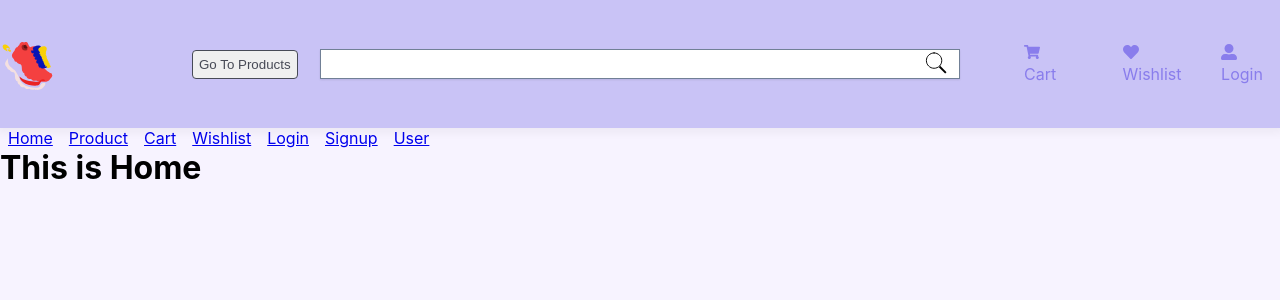
Repository: Irfan-vit/shoecase
Page: /
The author's editor kept a copy of each file at every save. The page is drawn from the files as they stood at one save, then again after the next save.
The browser window is 1280 px wide. The pictures show the whole page.
The page's requests for data from a server got no answer. The project was rebuilt for these pictures with package versions that can differ from the ones it lists, and the page was loaded fresh each time. No one was signed in, and anything a server would have sent is missing. Also part of the build but not shown: src/pages/Product/ProductPage.jsx, src/pages/cart/CartPage.jsx, src/pages/wishlist/WishlistPage.jsx, src/pages/login/LoginPage.jsx, src/pages/signup/SignupPage.jsx, src/pages/user/StyledUser.jsx, src/components/forms/addAddress/AddAddress.jsx, src/components/forms/editAddress/EditAddress.jsx and 4 more.

Above is the page before, as saved 2023-05-22 04:32:07.

### src/index.js
import React, { useState } from 'react'
import { createRoot } from 'react-dom/client'
import { BrowserRouter } from 'react-router-dom'
import { makeServer } from './server'
import App from './App'

import { AuthProvider } from './context/AuthContext'
import { ToastContainer } from 'react-toastify'
import { ThemeProvider } from 'styled-components'
import { defaultTheme } from './utils/theme/theme'
import GlobalStyles from './utils/theme/Global'
import 'react-toastify/dist/ReactToastify.min.css'
import './utils/css/typography.css'
import './utils/css/colors.css'

// Call make Server
makeServer()

createRoot(document.getElementById('root')).render(
  <BrowserRouter>
    <AuthProvider>
      <ThemeProvider theme={defaultTheme}>
        <App />
        <ToastContainer />
        <GlobalStyles />
      </ThemeProvider>
    </AuthProvider>
  </BrowserRouter>,
)

### src/App.jsx
import { useEffect } from 'react'
import { Routes, Route, Link } from 'react-router-dom'
import axios from 'axios'

import Home from './pages/home/HomePage'
import Product from './pages/Product/ProductPage'
import Cart from './pages/cart/CartPage'
import Wishlist from './pages/wishlist/WishlistPage'
import Login from './pages/login/LoginPage'
import Signup from './pages/signup/SignupPage'
import User from './pages/user/User'

import RequiresAuth from './components/RequiresAuth'
import { useAuth } from './context/AuthContext'
import NavBar from './components/navBar/NavBar'

function App() {
  async function getCat() {
    const res = await axios.get('/api/products')
    const dat = res.data.products
    console.log(dat)
  }
  useEffect(() => {
    getCat()
  }, [])
  return (
    <div className="App">
      <NavBar />
      <nav>
        <Link to="/" style={{ padding: '0.5rem' }}>
          Home
        </Link>
        <Link to="/product" style={{ padding: '0.5rem' }}>
          Product
        </Link>
        <Link to="/cart" style={{ padding: '0.5rem' }}>
          Cart
        </Link>
        <Link to="/wishlist" style={{ padding: '0.5rem' }}>
          Wishlist
        </Link>
        <Link to="/login" style={{ padding: '0.5rem' }}>
          Login
        </Link>
        <Link to="/signup" style={{ padding: '0.5rem' }}>
          Signup
        </Link>
        <Link to="/user" style={{ padding: '0.5rem' }}>
          User
        </Link>
      </nav>
      <Routes>
        <Route path="/" element={<Home />} />
        <Route path="/product" element={<Product />} />
        <Route path="/wishlist" element={<Wishlist />} />
        <Route path="/login" element={<Login />} />
        <Route path="/signup" element={<Signup />} />
        {/* <Route path="/user" element={<User />} /> */}
        <Route
          path="/cart"
          element={
            <RequiresAuth>
              <Cart />
            </RequiresAuth>
          }
        />
        <Route
          path="/user"
          element={
            <RequiresAuth>
              <User />
            </RequiresAuth>
          }
        />
      </Routes>
    </div>
  )
}

export default App

### src/context/AuthContext.jsx
import { createContext, useContext, useEffect, useState } from 'react'
import { useNavigate, useLocation } from 'react-router-dom'
import axios from 'axios'
import { login, signup } from '../api/auth/apiAuth'

const AuthContext = createContext()

const AuthProvider = ({ children }) => {
  const localStorageToken = JSON.parse(localStorage.getItem('token'))
  const navigate = useNavigate()
  const location = useLocation()
  const [token, setToken] = useState(localStorageToken?.token)
  const [userDetails, setUserDetails] = useState(localStorageToken?.user)

  async function getUser({ email, password }, e) {
    try {
      e.preventDefault()
      const {
        data: { foundUser, encodedToken },
      } = await login({ email, password })
      localStorage.setItem(
        'token',
        JSON.stringify({ token: encodedToken, user: foundUser }),
      )
      setToken(encodedToken)
      setUserDetails(foundUser)
      console.log(foundUser)
      navigate(location?.state?.from?.pathname ?? '/', { replace: true })
    } catch {
      console.error('invalid Credentials')
    }
  }

  async function setUser({ email, password }, e) {
    try {
      e.preventDefault()
      const {
        data: { createdUser, encodedToken },
      } = await signup({ email, password })
      console.log(createdUser, encodedToken, 'response data')
      localStorage.setItem(
        'token',
        JSON.stringify({ token: encodedToken, user: createdUser }),
      )
      setToken(encodedToken)
      setUserDetails(createdUser)
      console.log(createdUser)
      navigate('/')
    } catch {
      console.error('invalid signup')
    }
  }
  return (
    <AuthContext.Provider
      value={{ getUser, setUser, token, setToken, userDetails, setUserDetails }}
    >
      {children}
    </AuthContext.Provider>
  )
}

const useAuth = () => useContext(AuthContext)

export { AuthProvider, useAuth }

### src/utils/theme/theme.js
import defaultColors from './defaultThemeColors'
// import typography from './typogarphy'
export const defaultTheme = {
  primaryBg: defaultColors.primaryBg,
  offSetBg: defaultColors.offSetBg,
  primaryText: defaultColors.primaryText,
  PrimaryHeading: defaultColors.PrimaryHeading,
  offSetText: defaultColors.offSetText,
  action: defaultColors.action,
  actionOffSet: defaultColors.actionOffSet,
  higilight: defaultColors.higilight,
}
export const darkTheme = {
  primaryBg: defaultColors.primaryBg,
  offSetBg: defaultColors.offSetBg,
  textOnPrimary: defaultColors.textOnPrimary,
  textOnOffSet: defaultColors.textOnOffSet,
  action: defaultColors.action,
  textColor: defaultColors.textColor,
  textMuted: defaultColors.textMuted,
}

### src/utils/theme/Global.js
import { createGlobalStyle } from 'styled-components'

const GlobalStyles = createGlobalStyle`
html {
    box-sizing: border-box;
    font-size: 16px;
    font-family: var(--font-family-body);
  }
*, *::before, *::after {
    box-sizing: inherit;
    Margin:0;
    Padding:0;
    Border:0;
}
body{
  background-color: ${(props) => props.theme.primaryBg};
}
`
export default GlobalStyles

### src/utils/css/typography.css
html {
    box-sizing: border-box;
    font-size: 16px;
    font-family: var(--font-family-body);
  }
*, *::before, *::after {
    box-sizing: inherit;
    Margin:0;
    Padding:0;
    Border:0;
}

:root{
    --font-family-hero: CircularPro, "Gill Sans", "Gill Sans MT", "Helvetica Neue", Helvetica, Arial, sans-serif;
    --font-family-headings: CircularPro, Sans, apple-system, sans-serif;
    --font-family-body: -apple-system, BlinkMacSystemFont, "Segoe UI", Roboto, Helvetica, Arial, sans-serif, "Apple Color Emoji", "Segoe UI Emoji", "Segoe UI Symbol";
    --font-family-serif: Georgia, "Times New Roman", serif;
    --font-family-mono: Menlo, Monaco, "Courier New", monospace;
    --font-xxxs: 0.425rem;
    --font-xxs: 0.625rem;
    --font-xs: 0.7rem;
    --font-sm: 0.875rem;
    --font-md: 1rem;
    --font-lg: 1.25rem;
    --font-xl: 1.5rem;
    --font-xxl: 2.25rem;
    --font-xxxl: 3rem;
    --font-xxxxl: 4rem;
    --font-weight-light: 300;
    --font-weight-normal: 400;
    --font-weight-strong: 500;
    --font-weight-semi-bold: 600;
    --font-weight-bold: 700;
    --primary-color: #6c5ce7;
    --primary-heavy: #5d4aec;
    --primary-light: #897dec;
    --text-on-primary: #ffffff;
    --primary-bg: #eceaff;
    --primary-bg-heavy: #c9c3f6;
    --secondary-color: #ffffff;
    --secondary-heavy: #ffffff;
    --secondary-light: #ffffff;
    --text-on-secondary: #6c5ce7;
    --secondary-bg: #ffffff;
    --secondary-bg-heavy: #ffffff;
    --error-color: #e62e5c;
    --error-heavy: #d31948;
    --error-light: #f086a0;
    --error-bg: #f7bac9;
    --error-bg-heavy: #8d1130;
    --spacing-unit: 6px;
    --margins: 2;
    --margin-size: (var(--margins) * 2);
    --cell-padding: (4 * var(--spacing-unit));
    --grid-gutter: (var(--margins) * var(--spacing-unit));
    --grid-margin: (var(--margin-size) * var(--spacing-unit));
    --cell-margin: (var(--grid-gutter) / 2);
    --border-radius-small: 0.125rem;
    --border-radius-medium: 0.25rem;
    --border-radius-large: 0.5rem;
    --border-radius-x-large: 1rem;
    --border-radius-circle: 50%;
    --border-radius-pill: 9999px;
    --border-size1: 1px;
    --border-size2: 2px;
    --border-size3: 3px;
    --border-size4: 4px;
    --text-color: #718096;
    --text-bright: #000;
    --text-muted: #a9b1ba;
    --bg-color: #fff;
    --background-body: #202b38;
    --background: #161f27;
    --background-alt: #1a242f;
    --box-shadow: 0 -1px 1px 0 rgba(0, 0, 0, 0.09), 0 2px 2px 0 rgba(0, 0, 0, 0.23);
    --box-shadow-x-small: 0 1px 0 #0d131e0d;
    --box-shadow-small: 0 1px 2px #0d131e1a;
    --box-shadow-medium: 0 2px 4px #0d131e1a;
    --box-shadow-large: 0 2px 8px #0d131e1a;
    --box-shadow-x-large: 0 4px 16px #0d131e1a;
    --border-color: #fff;
    --form-placeholder: #a9a9a9;
    --form-text: #fff;
    --color-focus-outline: #4299e14c;
    --tertiary-color: #8367C7;
    --complimentary-color: #F0FFF1;
    --twitter: #1da1f2;
    --slack: #4a154b;
    --github: #24292e;
    --heading-xxs: 1rem;
    --heading-xs: 1.1rem;
    --heading-sm: 1.25rem;
    --heading-md: 1.5rem;
    --heading-lg: 2rem;
    --heading-xl: 3rem;
    --heading-xxl: 4rem;
}

### src/utils/css/colors.css
:root{
    --background-color: #FFFFFF;
    --on-background-color: #2B2B2B;
    --on-background-low-color: #9598A1;
    --on-background-medium-color: #707279;
    --on-background-high-color: #2B2B2B;
    --primary-color: #6C5CE7;
    --on-primary-color: #FFFFFF;
    --border-medium-color: #EDEDED;
    --border-medium-hover-color: #CECECE;
    --border-medium-focus-color: #C6C6C6;
    --border-medium-active-color: #AFAFAF;
    --border-high-color: #BABEC9;
    --border-high-hover-color: #A3A6B0;
    --border-high-focus-color: #9DA1A9;
    --border-high-active-color: #8C8F96;
    --border-primary-color: #6C5CE7;
    --border-primary-hover-color: #8376EB;
    --border-primary-focus-color: #897DEC;
    --border-primary-active-color: #8F83ED;
    --surface-color: #FFFFFF;
    --surface-hover-color: #EDEBFC;
    --surface-active-color: #DCD8F9;
    --surface-focus-color: #E2DEFA;
    --on-surface-color: #2B2B2B;
    --on-surface-medium-color: #707279;
    --on-surface-low-color: #9598A1;
    --surface01-color: #FFFBFF;
    --surface02-color: #F7F2FD;
    --surface-primary-color: #140068;
    --surface-primary-hover-color: #3A2980;
    --surface-primary-active-color: #433386;
    --surface-primary-focus-color: #4C3D8C;
    --on-surface-primary-color: #FFFFFF;
    --surface-neutral-color: #FFFFFF;
    --surface-neutral-hover-color: #F4F5F6;
    --surface-neutral-focus-color: #F1F2F4;
    --surface-neutral-active-color: #EEEFF2;
    --on-surface-neutral-high-color: #2B2B2B;
    --on-surface-neutral-medium-color: #707279;
    --on-surface-neutral-low-color: #9598A1;
    --positive-color: #37B26C;
    --negative-color: #E62E5C;
    --warning-color: #FFC640;
    --process-color: #0984E3;
    --primary-surface-color: #F6F5FE;
    --positive-surface-color: #F3FAF6;
    --negative-surface-color: #FDF2F5;
    --warning-surface-color: #FFFCF4;
    --process-surface-color: #F0F8FD;
}

### src/backend/controllers/CategoryController.js
import { Response } from "miragejs";

/**
 * All the routes related to Category are present here.
 * These are Publicly accessible routes.
 * */

/**
 * This handler handles gets all categories in the db.
 * send GET Request at /api/categories
 * */

export const getAllCategoriesHandler = function () {
  try {
    return new Response(200, {}, { categories: this.db.categories });
  } catch (error) {
    return new Response(
      500,
      {},
      {
        error,
      }
    );
  }
};

/**
 * This handler handles gets all categories in the db.
 * send GET Request at /api/user/category/:categoryId
 * */

export const getCategoryHandler = function (schema, request) {
  const categoryId = request.params.categoryId;
  try {
    const category = schema.categories.findBy({ _id: categoryId });
    return new Response(200, {}, { category });
  } catch (error) {
    return new Response(
      500,
      {},
      {
        error,
      }
    );
  }
};

### src/backend/controllers/ProductController.js
import { Response } from "miragejs";

/**
 * All the routes related to Product are present here.
 * These are Publicly accessible routes.
 * */

/**
 * This handler handles gets all products in the db.
 * send GET Request at /api/products
 * */

export const getAllProductsHandler = function () {
  return new Response(200, {}, { products: this.db.products });
};

/**
 * This handler handles gets all products in the db.
 * send GET Request at /api/user/products/:productId
 * */

export const getProductHandler = function (schema, request) {
  const productId = request.params.productId;
  try {
    const product = schema.products.findBy({ _id: productId });
    return new Response(200, {}, { product });
  } catch (error) {
    return new Response(
      500,
      {},
      {
        error,
      }
    );
  }
};

### src/backend/db/categories.js
import { v4 as uuid } from 'uuid'
import { casual, fitness, track, sports } from '../../assets/assetsServer'
/**
 * Category Database can be added here.
 * You can add category of your wish with different attributes
 * */

export const categories = [
  {
    _id: uuid(),
    categoryName: 'casual',
    imgSrc: casual,
  },
  {
    _id: uuid(),
    categoryName: 'sports',
    imgSrc: sports,
  },
  {
    _id: uuid(),
    categoryName: 'fitness',
    imgSrc: fitness,
  },
  {
    _id: uuid(),
    categoryName: 'track',
    imgSrc: track,
  },
]

### src/backend/db/products.js
import { v4 as uuid } from 'uuid'
import {
  casualT1,
  casualT2,
  fitnessT1,
  fitnessT2,
  trackT1,
  trackT2,
  sportsT1,
  sportsT2,
} from '../../assets/assetsServer'
/**
 * Product Database can be added here.
 * You can add products of your wish with different attributes
 * */

export const products = [
  {
    _id: uuid(),
    isFeatured: false,
    title: 'Vans Old Skool',
    price: '5499',
    categoryName: 'casual',
    inWishlist: true,
    inCart: true,
    imgSrc: casualT1,
    rating: 4.5,
  },
  {
    _id: uuid(),
    isFeatured: true,
    title: 'Adidas Gazelle',
    price: '7799',
    categoryName: 'casual',
    inWishlist: false,
    inCart: false,
    imgSrc: casualT2,
    rating: 3.0,
  },
  {
    _id: uuid(),
    isFeatured: false,
    title: 'Mizuno sneakers',
    price: '13912',
    categoryName: 'fitness',
    inWishlist: false,
    inCart: false,
    imgSrc: fitnessT1,
    rating: 3.5,
  },
  {
    _id: uuid(),
    isFeatured: true,
    title: 'Reebok Hexaffect',
    price: '7999',
    categoryName: 'fitness',
    inWishlist: false,
    inCart: false,
    imgSrc: fitnessT2,
    rating: 3.0,
  },
  {
    _id: uuid(),
    isFeatured: true,
    title: 'Brroks Hyperion Max',
    price: '5999',
    categoryName: 'track',
    inWishlist: false,
    inCart: false,
    imgSrc: trackT1,
    rating: 3.5,
  },
  {
    _id: uuid(),
    isFeatured: false,
    title: 'Air Zoom Pegasus',
    price: '8996',
    categoryName: 'track',
    inWishlist: false,
    inCart: false,
    imgSrc: trackT2,
    rating: 4.5,
  },
  {
    _id: uuid(),
    isFeatured: true,
    title: 'New Balance Revlitye',
    price: '5890',
    categoryName: 'sports',
    inWishlist: false,
    inCart: false,
    imgSrc: sportsT1,
    rating: 4,
  },
  {
    _id: uuid(),
    isFeatured: false,
    title: 'Hummel Liga GK',
    price: '7199',
    categoryName: 'sports',
    inWishlist: false,
    inCart: false,
    imgSrc: sportsT2,
    rating: 3.5,
  },
]

### src/backend/db/users.js
import { v4 as uuid } from 'uuid'
import { formatDate } from '../utils/authUtils'
/**
 * User Database can be added here.
 * You can add default users of your wish with different attributes
 * Every user will have cart (Quantity of all Products in Cart is set to 1 by default), wishList by default
 * */

export const users = [
  {
    _id: uuid(),
    firstName: 'Adarsh',
    lastName: 'Balika',
    email: 'adarshbalika@gmail.com',
    password: 'adarshbalika',
    address: [],
    createdAt: formatDate(),
    updatedAt: formatDate(),
  },
  {
    _id: uuid(),
    firstName: 'Adarsh',
    lastName: 'Balika',
    email: 'balika@gmail.com',
    password: 'balika',
    address: [],
    createdAt: formatDate(),
    updatedAt: formatDate(),
  },
]

### src/pages/home/HomePage.jsx
const Home = () => {
  return (
    <>
      <h1>This is Home</h1>
    </>
  )
}

export default Home

### src/components/navBar/NavBar.jsx
import { useNavigate } from 'react-router-dom'
import { redirect } from 'react-router-dom'
import { Link } from 'react-router-dom'
import { StyledNavWrapper, StyledNav, StyledNavList } from '../../styles/index'
import { FaShoppingCart, FaHeart, FaUserAlt } from 'react-icons/fa'
import HeroLogo from '../animations/HeroAnimations/HeroLogo'

import SearchInput from '../inputs/SeacrhInput'
import Select from '../select/Select'
// import { useFilterProducts } from '../../context/filterProductsContext'

const NavBar = () => {
  // const { filterDispatch, filterState } = useFilterProducts()
  const navigate = useNavigate()
  return (
    <StyledNavWrapper>
      <StyledNav>
        <div>
          <div>
            <Link to="/">
              <HeroLogo />
            </Link>
          </div>
          <div>
            <Select />
          </div>
        </div>
        <div>
          <SearchInput />
        </div>
        <div>
          <StyledNavList>
            <ul>
              <li>
                <Link to="/cart">
                  <FaShoppingCart />
                  <p>Cart</p>
                </Link>
              </li>
              <li>
                <Link to="/wishlist">
                  <FaHeart />
                  <p>Wishlist</p>
                </Link>
              </li>
              <li>
                <Link to="">
                  <FaUserAlt />
                  <p>Login</p>
                </Link>
              </li>
            </ul>
          </StyledNavList>
        </div>
      </StyledNav>
    </StyledNavWrapper>
  )
}

export default NavBar

### src/api/auth/apiAuth.js
import axios from 'axios'

export const login = async ({ email, password }) =>
  await axios.post(`/api/auth/login`, {
    email,
    password,
  })

export const signup = async ({ email, password }) =>
  await axios.post(`/api/auth/signup`, {
    email,
    password,
  })

### src/utils/theme/defaultThemeColors.js
const defaultColors = {
  primaryBg: '#f7f3ff',
  PrimaryHeading: '#a9b1ba',
  primaryText: '#718096',
  offSetBg: '#c9c3f6',
  offSetText: '#474a56',
  action: '#885df1',
  actionOffSet: '#ffffff',

  higilight: '#897dec',
  // higilight: '#5D48B8',
}

export default defaultColors

### src/assets/assetsServer.js
import casual from './images/casual.jpg'
import casualT1 from './images/casualT1.jpg'
import casualT2 from './images/casualT2.jpg'
import fitness from './images/fitness.jpg'
import fitnessT1 from './images/fitnessT1.jpg'
import fitnessT2 from './images/fitnessT2.jpg'
import track from './images/track.jpg'
import trackT1 from './images/trackT1.jpg'
import trackT2 from './images/trackT2.jpg'
import sports from './images/sports.jpg'
import sportsT1 from './images/sportsT1.jpg'
import sportsT2 from './images/sportsT2.jpg'
import men from './images/men.jpg'
import mensT1 from './images/mensT1.jpg'
import mensT2 from './images/mensT2.jpg'
import women from './images/women.jpg'
import womensT1 from './images/womensT1.jpg'
import womensT2 from './images/womensT2.jpg'

export {
  casual,
  casualT1,
  casualT2,
  fitness,
  fitnessT1,
  fitnessT2,
  track,
  trackT1,
  trackT2,
  sports,
  sportsT1,
  sportsT2,
  men,
  mensT1,
  mensT2,
  women,
  womensT1,
  womensT2,
}

### src/styles/index.js
export * from './NavBarStyles'
export * from './SelectStyles'
export * from './SearchInputStyles'

### src/components/animations/HeroAnimations/HeroLogo.jsx
import { useLottie, useLottieInteractivity } from 'lottie-react'
import logoRun from '../../../assets/json/logo.json'
const style = {
  height: '4rem',
  width: '4rem',
  display: 'inline-block',
  cursor: 'pointer',
}

const options = {
  animationData: logoRun,
}

const HeroLogo = () => {
  const lottieObj = useLottie(options, style)
  const Animation = useLottieInteractivity({
    lottieObj,
    mode: 'cursor',
    actions: [
      {
        position: { x: [0, 1], y: [0, 1] },
        type: 'seek',
        frames: [49, 72],
      },
      {
        position: { x: -1, y: -1 },
        type: 'stop',
        frames: [72],
      },
    ],
  })

  return Animation
}

export default HeroLogo

### src/components/inputs/SeacrhInput.jsx
import Search from '../animations/Floats/Search'

import { StyledSearchInput } from '../../styles/index'
// import { useFilterProducts } from '../../context/filterProductsContext'
const SearchInput = () => {
  // const { search, setSearch } = useFilterProducts()
  return (
    <form action="">
      <StyledSearchInput>
        <input
          type="text"
          // value={search}
          // onChange={(e) => setSearch(e.target.value)}
        />
        <Search />
      </StyledSearchInput>
    </form>
  )
}
export default SearchInput

### src/components/select/Select.jsx
import { useNavigate } from 'react-router-dom'
// import { useFilterProducts } from '../../context/filterProductsContext'
import { StyledSelect } from '../../styles/index'
import { Link } from 'react-router-dom'

const Select = () => {
  // const { filterDispatch, filterState } = useFilterProducts()
  const navigate = useNavigate()
  return (
    <form action="">
      <label
        htmlFor="categories"
        onSubmit={(e) => {
          e.preventDefault()
        }}
      >
        <StyledSelect name="categories" id="categories">
          <option value="select">
            <Link
              onClick={() => {
                // filterDispatch({ type: 'reset' })
                navigate('/product')
              }}
            >
              Go To Products
            </Link>
          </option>
          <option value="casual">
            <Link
              onClick={() => {
                // filterDispatch({ type: 'casual' })
                navigate('/product')
              }}
            >
              Casual
            </Link>
          </option>
          <option value="fitness">
            <Link
              onClick={() => {
                navigate('/product')
                // filterDispatch({ type: 'fitness' })
              }}
            >
              Fitness
            </Link>
          </option>
          <option value="track">
            <Link
              onClick={() => {
                navigate('/product')
                // filterDispatch({ type: 'track' })
              }}
            >
              Track
            </Link>
          </option>
          <option value="sports">
            <Link
              onClick={() => {
                navigate('/product')
                // filterDispatch({ type: 'sports' })
              }}
            >
              Sports
            </Link>
          </option>
        </StyledSelect>
      </label>
    </form>
  )
}
export default Select

### src/styles/NavBarStyles.jsx
import styled from 'styled-components'

const StyledNavWrapper = styled.aside`
  margin-bottom: 8rem;
`

const StyledNav = styled.nav`
  box-shadow: var(--box-shadow);
  box-shadow: 0px 0px 10px 4px rgb(0 0 0 / 5%);
  z-index: 1;
  position: fixed;
  top: 0;
  width: 100%;
  height: 8rem;
  background-color: ${(props) => props.theme.offSetBg};
  margin: 0 auto;
  @media (min-width: 900px) {
    display: flex;
    justify-content: space-between;
    /* align-content: center; */
    align-items: center;
    > :nth-child(1) {
      display: flex;
      align-items: center;
      flex-basis: 20%;
      gap: 50%;
    }
    > :nth-child(2) {
      flex-basis: 50%;
    }
    > :nth-child(3) {
      flex-basis: 20%;
    }
  }
`

const StyledNavList = styled.div`
  > ul {
    display: flex;
    flex-flow: row wrap;
    list-style-type: none;
    justify-content: space-between;
    align-items: center;
    align-content: center;
  }
  > ul > li {
    flex-basis: 23%;
  }
  > ul > li > a {
    text-decoration: none;
    margin: 0;
    padding: 0;
    transition: 0.3s;
    text-decoration: underline;
    text-decoration-color: transparent;
    -webkit-text-decoration-color: transparent;
    -moz-text-decoration-color: transparent;
    text-decoration: none;
    color: ${(props) => props.theme.higilight};
    :hover,
    :active,
    :focus {
      color: ${(props) => props.theme.offSetText};
      text-decoration-line: underline;
      text-decoration-style: line;
      text-decoration-color: ${(props) => props.theme.offSetText};
      text-underline-offset: 3px;
    }
  }
`
export { StyledNavWrapper, StyledNav, StyledNavList }

### src/styles/SelectStyles.jsx
import styled from 'styled-components'
const StyledSelect = styled.select`
  outline: none;
  border: none;
  outline: none;
  cursor: pointer;
  border-radius: var(--border-size4);
  padding: var(--spacing-unit);
  color: ${(props) => props.theme.offSetText};
  border: 1px solid ${(props) => props.theme.offSetText};
  appearance: none;
  :focus {
    border: 1px solid ${(props) => props.theme.action};
    outline: none;
  }
`
export { StyledSelect }

### src/styles/SearchInputStyles.jsx
import styled from 'styled-components'

const StyledSearchInput = styled.div`
  position: relative;
  width: 100%;
  > input {
    outline: none;
    cursor: pointer;
    padding: var(--font-xxxs) var(--font-xxs);
    color: ${(props) => props.theme.primaryText};
    border: 1px solid ${(props) => props.theme.primaryHeading};
    box-shadow: var(--box-shadow-small);
    width: 100%;
    :focus {
      border: 1px solid ${(props) => props.theme.action};
      outline: none;
    }
  }
  > a {
    position: absolute;
    right: 0;
    bottom: 0%;
    transform: translate(-50%, 0%);
    color: ${(props) => props.theme.textMuted};
    cursor: pointer;
    :hover {
      color: ${(props) => props.theme.primaryColor};
    }
  }
`
export {StyledSearchInput}

### src/components/animations/Floats/Search.jsx
import { useLottie, useLottieInteractivity } from 'lottie-react'
import search from '../../../assets/json/search.json'
const style = {
  height: '1.5rem',
  display: 'inline-block',
  cursor: 'pointer',
}

const options = {
  animationData: search,
}

const Search = () => {
  const lottieObj = useLottie(options, style)
  const Animation = useLottieInteractivity({
    lottieObj,
    mode: 'cursor',
    actions: [
      {
        position: { x: [0, 1], y: [0, 1] },
        type: 'loop',
        frames: [0, 20],
      },
      {
        position: { x: -1, y: -1 },
        type: 'stop',
        frames: [0],
      },
    ],
  })

  return <a href="#">{Animation}</a>
}

export default Search

Loaded but not shown: public/index.html (common file); src/backend/utils/authUtils.js (common file); src/assets/json/logo.json (1 lines, source omitted); src/assets/json/search.json (1 lines, source omitted); src/backend/controllers/CartController.js (148 lines, source omitted); src/server.js (87 lines, source omitted); src/backend/controllers/WishlistController.js (100 lines, source omitted); src/backend/controllers/AuthController.js (101 lines, source omitted)

After the next save:
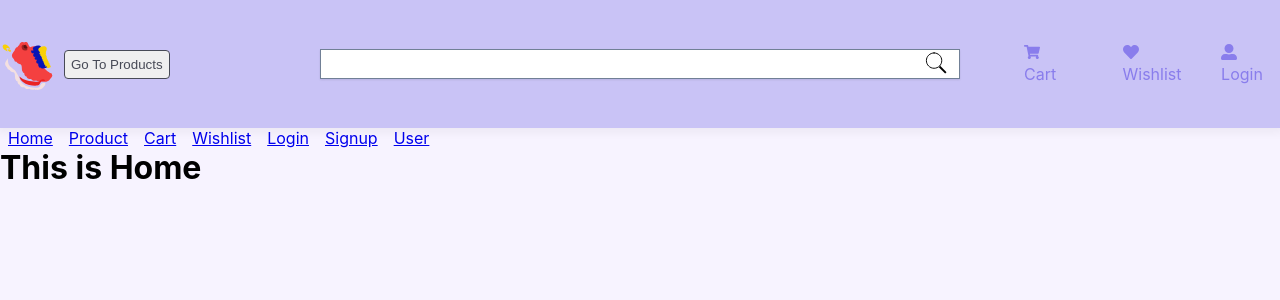
Saved 22 s later.
--- a/src/styles/NavBarStyles.jsx
+++ b/src/styles/NavBarStyles.jsx
@@ -23,7 +23,6 @@ const StyledNav = styled.nav`
       display: flex;
       align-items: center;
       flex-basis: 20%;
-      gap: 50%;
     }
     > :nth-child(2) {
       flex-basis: 50%;
